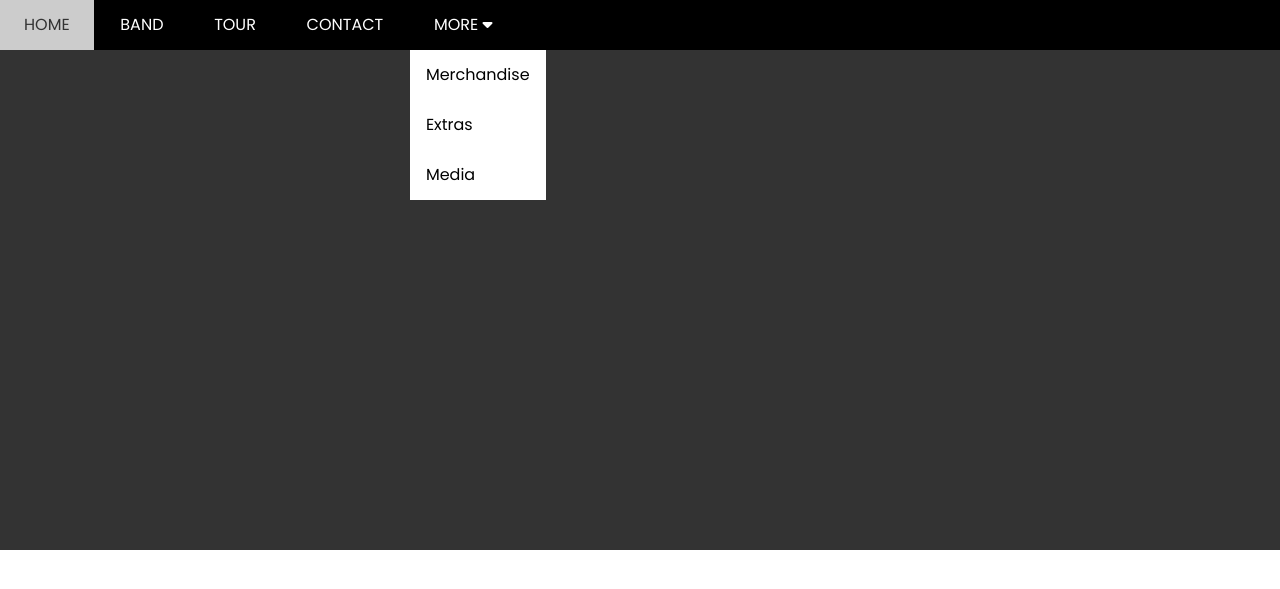
Repository: dptuyen1/the-band
Page: index.html
The author's editor kept a copy of each file at every save. The page is drawn from the files as they stood at one save, then again after the next save.
The browser window is 1280 px wide. The pictures show the whole page.

Above is the page before, as saved 2023-06-02 12:27:43.

### index.html
<!DOCTYPE html>
<html lang="en">
  <head>
    <meta charset="UTF-8" />
    <meta http-equiv="X-UA-Compatible" content="IE=edge" />
    <meta name="viewport" content="width=device-width, initial-scale=1.0" />
    <title>Document</title>
    <link rel="stylesheet" href="./assets/css/style.css" />
    <link
      rel="stylesheet"
      href="https://cdnjs.cloudflare.com/ajax/libs/font-awesome/6.4.0/css/all.min.css"
      integrity="sha512-iecdLmaskl7CVkqkXNQ/ZH/XLlvWZOJyj7Yy7tcenmpD1ypASozpmT/E0iPtmFIB46ZmdtAc9eNBvH0H/ZpiBw=="
      crossorigin="anonymous"
      referrerpolicy="no-referrer"
    />
  </head>
  <body>
    <div id="wrapper">
      <header id="header">
        <ul id="nav">
          <li><a href="#">HOME</a></li>
          <li><a href="#">BAND</a></li>
          <li><a href="#">TOUR</a></li>
          <li><a href="#">CONTACT</a></li>
          <li>
            <a href="#">
              MORE
              <i class="fa-solid fa-caret-down"></i>
            </a>
            <ul class="sub-nav">
              <li><a href="#">Merchandise</a></li>
              <li><a href="#">Extras</a></li>
              <li><a href="#">Media</a></li>
            </ul>
          </li>
        </ul>
      </header>
      <div id="slider"></div>
      <main id="content"></main>
      <footer id="footer"></footer>
    </div>
  </body>
  <script src="./assets/js/script.js"></script>
</html>

### assets/css/style.css
@import url("https://fonts.googleapis.com/css2?family=Poppins:wght@300;400;500;600;700&display=swap");

* {
  padding: 0;
  margin: 0;
  box-sizing: border-box;
}

html {
  font-size: 62.5%;
  font-family: "Poppins", sans-serif;
  scroll-behavior: smooth;
}

:root {
  --white: #fff;
  --black: #000;
  --text: #333;
}

#wrapper {
}
#header {
  height: 50px;
  background-color: var(--black);
}
#nav,
.sub-nav {
  list-style: none;
}
#nav li {
  display: inline-block;
  position: relative;
}

#nav li a {
  font-size: 1.6rem;
  text-decoration: none;
  line-height: 50px;
  padding: 0 24px;
  display: inline-block;
}

#nav > li > a {
  color: var(--white);
}

#nav li:hover > a {
  background-color: #ccc;
  color: var(--text);
}

#nav .sub-nav {
  /* display: none; */
  position: absolute;
  background-color: var(--white);
}

#nav .sub-nav a {
  color: var(--black);
  padding: 0 16px;
}

#slider {
  min-height: 500px;
  background-color: var(--text);
}
#content {
}
#footer {
}

Loaded but not shown: assets/js/script.js (no copy from this time; the picture is the same without it)

After the next save:
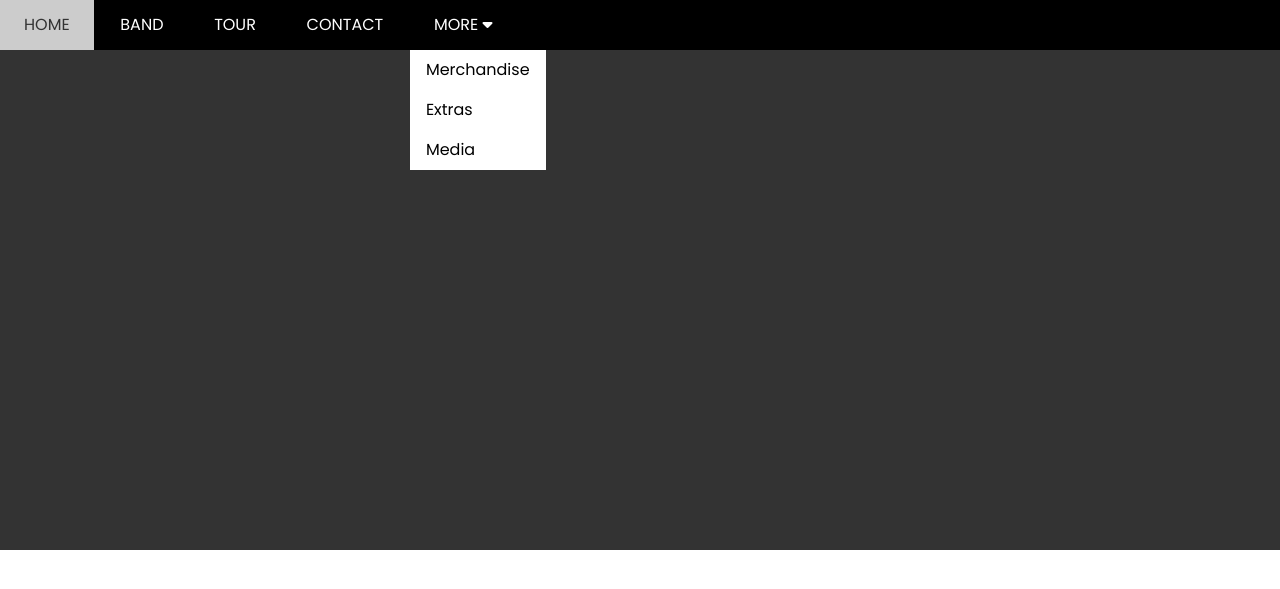
Saved 64 s later.
--- a/assets/css/style.css
+++ b/assets/css/style.css
@@ -59,6 +59,7 @@ html {
 #nav .sub-nav a {
   color: var(--black);
   padding: 0 16px;
+  line-height: 40px;
 }
 
 #slider {
